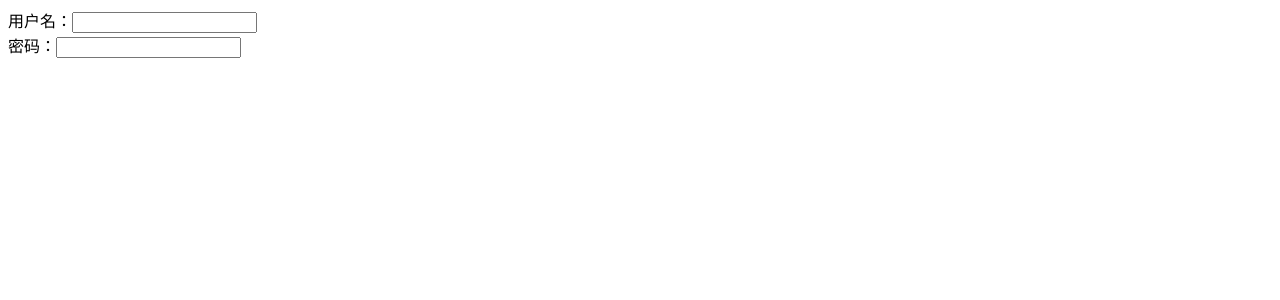
Repository: wsws1996/myproject
Page: http://localhost/day09_user/servlet/LoginUIServlet
The author's editor kept a copy of each file at every save. The page is drawn from the files as they stood at one save, then again after the next save.
The browser window is 1280 px wide. The pictures show the whole page.
The page is served by Tomcat 9.

Above is the page before, as saved 2015-11-21 11:36:55.

After the next save:
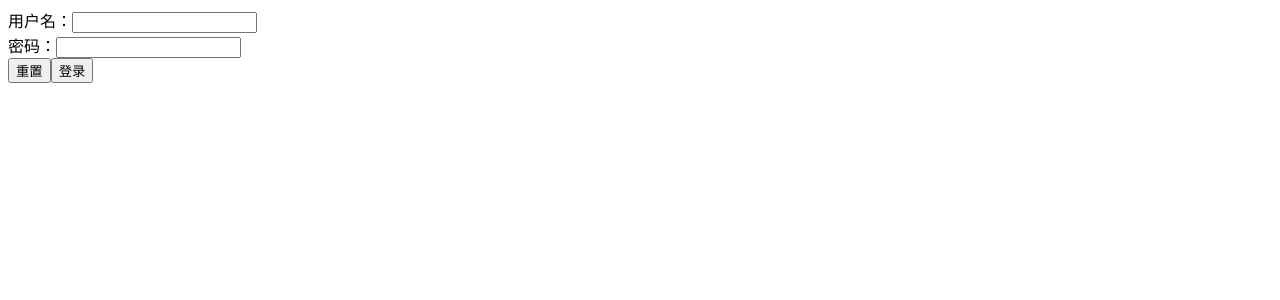
Saved 72 s later.
--- a/java/workspace/day09_user/WebRoot/WEB-INF/jsp/login.jsp
+++ b/java/workspace/day09_user/WebRoot/WEB-INF/jsp/login.jsp
@@ -11,7 +11,8 @@
 <body>
 	<form action="">
 		用户名：<input type="text" name="username"><br> 密码：<input
-			type="password" name="password"><br>
+			type="password" name="password"><br> <input type="reset"
+			value="重置"><input type="submit" value="登录">
 	</form>
 </body>
 </html>
